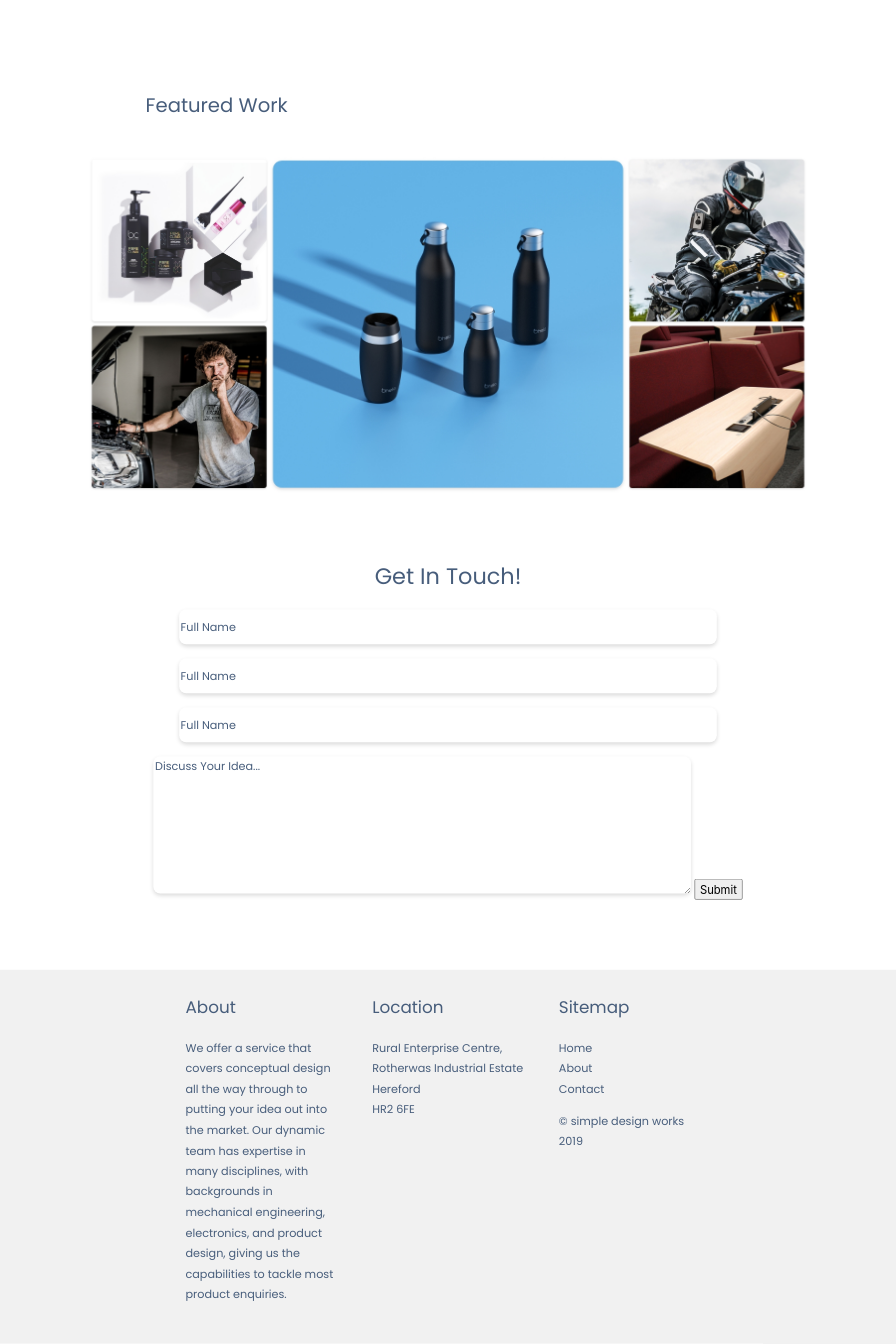
Repository: cobyfoster99/User-Centric-frontend-project
Page: index.html
The author's editor kept a record of every edit. The page is drawn from the files as they stood at one moment, then again after the next edit.
The browser window is 1280 px wide. The pictures show the part of the page from y = 1328 to 3248 px (the page is 3248 px tall), at 70% of full size.
Some web libraries are served in a nearby version.

Above is the page before.

### index.html
<!DOCTYPE html>
<html lang="en">

<head>
    <meta charset="UTF-8">
    <meta name="viewport" content="width=device-width, initial-scale=1.0, max-scale=1.0">
    <meta http-equiv="X-UA-Compatible" content="ie=edge">
    <link rel="stylesheet" href="assets/css/style.css" type="text/css" />
    <link rel="stylesheet" href="https://stackpath.bootstrapcdn.com/font-awesome/4.7.0/css/font-awesome.min.css" type="text/css" />
    <script src="https://kit.fontawesome.com/78b1021543.js"></script>
    <link rel="stylesheet" href="https://stackpath.bootstrapcdn.com/bootstrap/4.3.1/css/bootstrap.min.css" integrity="sha384-ggOyR0iXCbMQv3Xipma34MD+dH/1fQ784/j6cY/iJTQUOhcWr7x9JvoRxT2MZw1T" crossorigin="anonymous">
    <title>Simple Design Works | Product Design Agency</title>
</head>

<body>

    <header>
        <div class="row no-gutters">
            <a class="col-md-4 logo" href="index.html"></a>

            <div class="col-md-4">
                <div class="row no-gutters">
                    <div class="col">
                        <ul id="nav" class="list-inline menucontainer">
                            <li class="col-6 col-sm-3 list-inline-item">
                                <a href="#"><span class="nav-active">Home</span></a>
                            </li>
                            <li class="col-6 col-sm-3 list-inline-item">
                                <a href="#"><span>About</span></a>
                            </li>
                            <li class="col-6 col-sm-3 list-inline-item">
                                <a href="#"><span>Contact</span></a>
                            </li>
                        </ul>
                    </div>
                </div>
            </div>
        </div>
    </header>

    <section>

        <!--------------------- Global Banner Image--------------------->
        <div class="container-fluid">
            <div class="row banner-image-container no-gutters">
                <img class="banner-image" src="assets/media-library/home_image.jpg"></img>
            </div>
        </div>

        <!--------------------- SDW Catch Phrase --------------------->
        <div class="container-fluid">
            <div class="col-12">
                <div class="catchphrase">
                    <h3 class="header-h3">Your Idea</h3>
                    <h3 class="header-h3">Our Expertise </h3>
                    <h3 class="header-h3">Lets Design</h3>
                </div>
            </div>
        </div>

        <!--------------------- Home Page About --------------------->
        <div class="container-about">
            <div class="about-section">
                <h3 class="about-h3 aligned-border">About</h3>
                <p class="aligned-border about-p">We offer a service that covers conceptual design all the way through to putting your idea out into the market. Our dynamic team has expertise in many disciplines, with backgrounds in mechanical engineering, electronics, and product design,
                    giving us the capabilities to tackle most product enquiries.

                </p>
            </div>
        </div>

        <!--------------------- Home Page Portfolio --------------------->
        <div class="container-porfolio text-center">
            <h3 class="left-Featured">Featured Work</h3>
            <div class="row no-gutters">
                <div class="col-lg-3 col-md-12 portfolio-skp"><img class="img-fluid padded-image" src="./assets/media-library/skp2.jpg"></img> <img class="img-fluid padded-image" src="./assets/media-library/guy.jpg"></img>
                </div>

                <div class="col-lg-6 col-md-12 text-center portfolio-skp"><img class="img-fluid padded-image" src="./assets/media-library/ohello.jpg"></img>
                </div>
                <div class="col-lg-3 col-md-12 portfolio-skp"><img class="img-fluid padded-image" src="./assets/media-library/Bike.jpg"></img> <img class="img-fluid padded-image padded-image" src="./assets/media-library/furniture.jpg"></img>
                </div>
            </div>
        </div>

        <!--------------------- Home Page Contact --------------------->

    </section>
    <div class="container-contact text-center">
        <h2 class="home-contact-header">Get In Touch!</h2>
        <form>

            <input type="ftext" name="full-name" placeholder="Full Name" class="full-name" />

            <input type="ftext" name="full-name" placeholder="Full Name" class="full-name" />

            <input type="ftext" name="full-name" placeholder="Full Name" class="full-name" />


            <textarea rows="8" name="discuss" placeholder="Discuss Your Idea..." class="dicuss-idea"></textarea>

            <input type="submit" value="Submit" class="submit-button" />
        </form>
    </div>

    <footer>
        <div class="container-fluid">
            <div class="row no-gutters footer-about">
                <div class="col-sm footer-section">
                    <h2 class="footer-h2">About</h2>
                    <p class="footer-p">We offer a service that covers conceptual design all the way through to putting your idea out into the market. Our dynamic team has expertise in many disciplines, with backgrounds in mechanical engineering, electronics, and product
                        design, giving us the capabilities to tackle most product enquiries.
                    </p>
                </div>
                <div class="col-sm footer-section footer-location">
                    <h2 class="footer-h2">Location</h2>
                    <p class="footer-p">Rural Enterprise Centre,<br> Rotherwas Industrial Estate<br> Hereford
                        <br> HR2 6FE<br>
                    </p>
                </div>
                <div class="col-sm footer-section footer-sitemap">
                    <h2 class="footer-h2">Sitemap</h2>
                    <p class="footer-p"><a class="footer-links" href="/home">Home</a> <br> <a class="footer-links" href="/about">About</a> <br> <a class="footer-links" href="/contact">Contact</a> <br>
                        <p class="footer-p">© simple design works 2019</p>
                    </p>
                </div>


            </div>
        </div>
    </footer>

</body>

</html>

### assets/css/style.css
/* ------------------------------------------- Typography */

@import url('https://fonts.googleapis.com/css?family=Poppins:400,600,700&display=swap');

h1,
h2,
h3,
h4,
h5,
p,
span {
    font-family: "poppins", sans-serif;
    color: #475D7B;
}



/* -------------------------------------------- Header */

header {
    background-color: #fffff;
    padding-top: 20px;
    padding-bottom: 20px;
}

.logo {
    background: url("../media-library/logo.png");
    background-position: center;
    background-repeat: no-repeat;
    min-height: 69px;
    transition: all .5s ease-in-out;
    -moz-transition: all .5s ease-in-out;
    -webkit-transition: all .5s ease-in-out;
}

.list-inline {
    padding-top: 60px;
    padding-bottom: 40px;
    text-align: center;
}

.list-inline-item {
    padding-bottom: 10px;
}

.menucontainer {
    font-size: 0px;
    text-decoration: none;
}

#nav li {
    font-size: 18px;
    text-align: center;
    text-decoration: none;
    font-weight: 600;
    transition: all .5s ease-in-out;
    -moz-transition: all .5s ease-in-out;
    -webkit-transition: all .5s ease-in-out;
}

#nav li:hover {
    font-size: 14px;
    text-align: center;
}

.nav-active {
    color: #E18763;
    border-bottom: 1px solid #E18763;
}

.menu-item {
    margin-bottom: 10px;
}

/* -------------------------------------------- Media Queries - Header */

@media only screen and (max-width: 1920px) and (min-width: 1220px) {
    header {
        margin-left: 150px;
    }
}

@media only screen and (max-width: 1440px) and (min-width: 768px) {
    .menuitem {
        padding-bottom: 10px;
    }
}




/* -------------------------------------------- Banner Image Global */

.banner-image {
    display: block;
    margin-left: auto;
    margin-right: auto;
    padding-left: 10px;
    max-width: 100%;
    height: auto;
}

/* -------------------------------------------- SDW Catchphrase Global */

.catchphrase {
    display: block;
    text-align: center;
    margin-left: auto;
    margin-right: auto;
    padding-bottom: 75px;
    padding-top: 75px;
}

.header-h3 {
    text-align: center;
    display: inline-block;
    padding-left: 10px;
}

/* -------------------------------------------- Home-page About */

.about-section {
    display: block;
    box-shadow: 0px 3px 6px rgba(0, 0, 0, 0.15);
    border-radius: 25px;
    margin-bottom: 50px;
}

.aligned-border {
    padding: 20px;
}

.about-h3 {
    padding-top: 75px;
    line-height: 35pt;
    letter-spacing: 1.5px;
}

.about-p {
    padding-top: 20px;
    padding-bottom: 75px;
    line-height: 35pt;
    letter-spacing: 1.5px;
    font-size: 20px;
}

.container-about {
    margin-left: auto;
    margin-right: auto;
    width: 80%;
}


/* -------------------------------------------- Media Queries - Home-page-about */

@media only screen and (max-width: 1920px) and (min-width: 1200px) {
    .container-about {
        margin-right: 0;
        margin-left: 10%;
        width: 90%;
    }
}

@media only screen and (max-width: 1920px) and (min-width: 1200px) {
    .about-section {
        border-radius: 25px 0px 0px 25px;
    }
}


@media only screen and (max-width: 1920px) and (min-width: 1200px) {
    .about-p,
    .about-h3 {

        padding-left: 80px;

    }
}

@media only screen and (max-width: 1220px) and (min-width: 320px) {
    .about-p,
    .about-h3 {

        line-height: normal;
        letter-spacing: normal;
        text-align: center;

    }
}

@media only screen and (max-width: 1220px) and (min-width: 320px) {
    .about-p {
        padding-bottom: 50px;
        padding-top: 0px;
        font-size: 16px;
    }
}

@media only screen and (max-width: 1220px) and (min-width: 320px) {
    .about-h3 {
        padding-top: 50px;
    }
}



/* -------------------------------------------- Media Queries - Catchphrase Global */

@media only screen and (max-width: 1920px) and (min-width: 768px) {
    .header-h3 {
        padding-left: 75px;
        padding-right: 75px;
    }
}






/* -------------------------------------------- Footer */

footer {
    background-color: #f1f1f1;
    padding-top: 20px;
    padding-bottom: 20px;
}

.footer-section {
    text-align: left;
    padding-top: 20px;
    padding-bottom: 20px;
}


.footer-h2 {
    padding-bottom: 20px;
    font-size: 24px;
    text-align: left;
}

.footer-p {
    font-size: 16px;
    line-height: 22pt;
    text-align: left;
}

.footer-links {
    text-decoration: none;
    color: #475D7B;
}

.footer-links:hover {
    text-decoration: none;
    color: #475D7B;
}

/* -------------------------------------------- Media Queries - Footer */

@media only screen and (max-width: 1920px) and (min-width: 1220px) {
    .footer-location {
        margin-left: 180px;
    }
}

@media only screen and (max-width: 1920px) and (min-width: 1220px) {
    footer {
        padding-left: 250px;
        padding-right: 250px;
    }
}

@media only screen and (max-width: 1200px) and (min-width: 768px) {
    footer {
        padding-left: 50px;
        padding-right: 0px;
    }
}

@media only screen and (max-width: 1440px) and (min-width: 768px) {
    .footer-sitemap,
    .footer-location {
        margin-left: 50px;
        padding-right: 0px;
    }
}

@media only screen and (max-width: 1200px) and (min-width: 386px) {
    .footer-p {
        font-size: 14px;
    }
}





/* -------------------------------------------- Portfolio Section - Homepage*/

.container-porfolio {
    margin-left: auto;
    margin-right: auto;
    width: 80%;
    padding-top: 100px;
    padding-bottom: 100px;
}

.portfolio-title {
    padding-left: 80px;
    padding-bottom: 50px;
}

@media only screen and (max-width: 1200px) and (min-width: 300px) {
    .portfolio-title {
        padding-left: 0px;
        text-align: center;
        padding-bottom: 20px;
    }
}

.skp-image {
    transition: all .5s ease-in-out;
    -moz-transition: all .5s ease-in-out;
    -webkit-transition: all .5s ease-in-out;
    display: inline-block;
}


@media only screen and (max-width: 1200px) and (min-width: 300px) {
    .container-portfolio {
        width: 100%;
        margin: 0;
    }
}

.folio-image {
    max-width: 100%;
    width: auto;
    min-height: auto;
    vertical-align: top;
    margin-right: auto;
    margin-left: auto;
    padding-top: 25px;
}

.folio-image-right {
    vertical-align: top;
    float: left;
    text-align: right;
}

.portfolio-skp {
    margin-left: auto;
    margin-right: auto;
}

@media only screen and (max-width: 1920px) and (min-width: 1200px) {
    .portfolio-item-large {
        margin: 0;
    }
}

.padded-image {
    padding-bottom: 0px;
}

@media only screen and (max-width: 1920px) and (min-width: 1200px) {
    .left-Featured {
        text-align: left;
        padding-left: 80px;
    }

}

.left-Featured {
    padding-bottom: 50px;
}


/* -------------------------------------------- Contact Section - Homepage*/
.container-contact {
    margin-left: auto;
    margin-right: auto;
    width: 80%;
    padding-bottom: 100px;
}

.full-name {
    margin-top: 20px;
    width: 75%;
    height: 50px;
    box-shadow: 0px 3px 6px rgba(0, 0, 0, 0.15);
    border-radius: 10px;
    border:none;
    font-family: "poppins", sans-serif;
    font-size: 16px;
}

::-webkit-input-placeholder {
color: #475D7B;
}


.dicuss-idea {
        margin-top: 20px;
    width: 75%;
    box-shadow: 0px 3px 6px rgba(0, 0, 0, 0.15);
    border-radius: 10px;
    border:none;
    font-family: "poppins", sans-serif;
    font-size: 16px;
}

After the next edit:
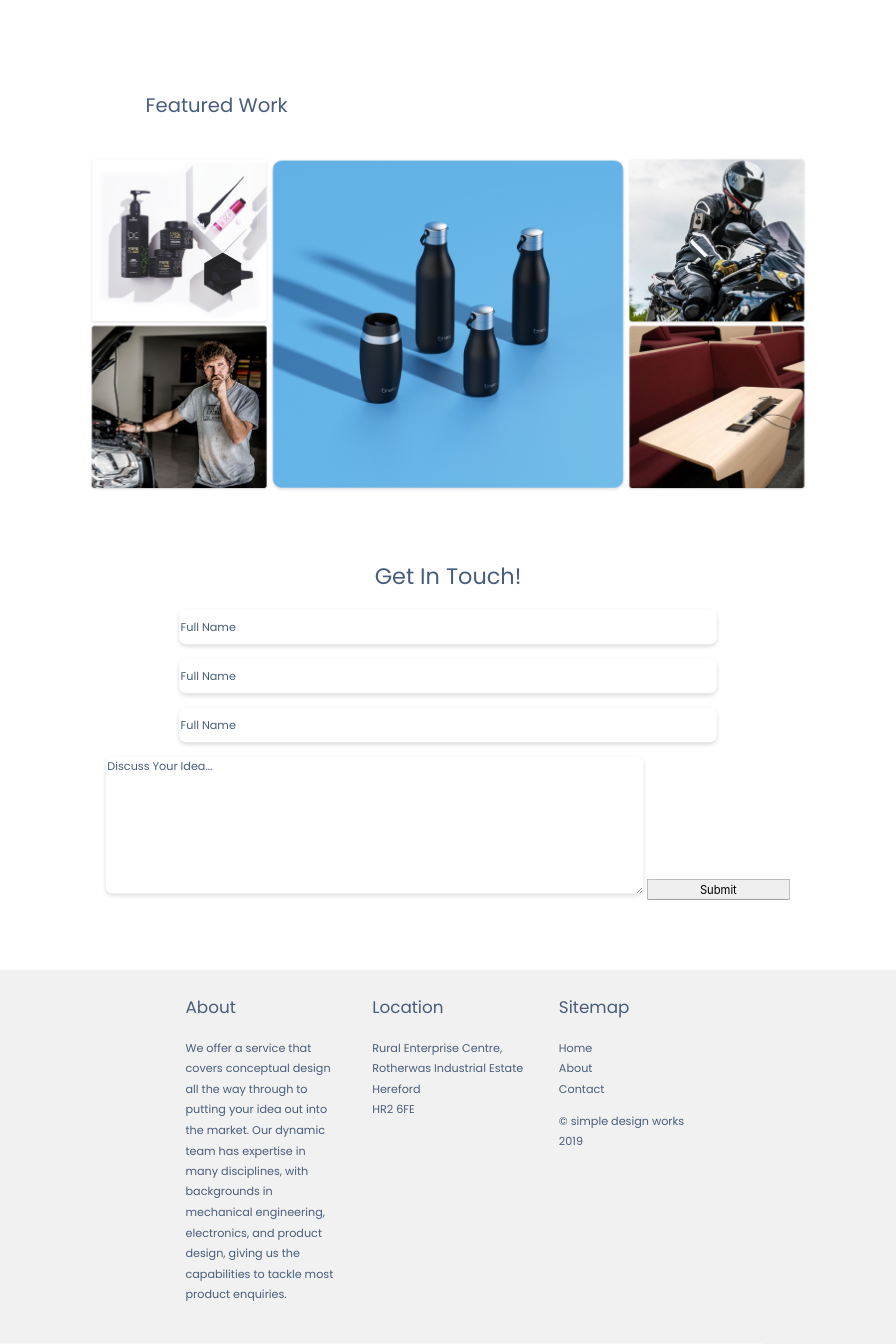
The edit:
--- a/assets/css/style.css
+++ b/assets/css/style.css
@@ -410,3 +410,11 @@
     font-family: "poppins", sans-serif;
     font-size: 16px;
 }
+
+.submit-button {
+    width: 20%;
+    margin-top: 20px;
+    margin-left: 0;
+
+
+}
